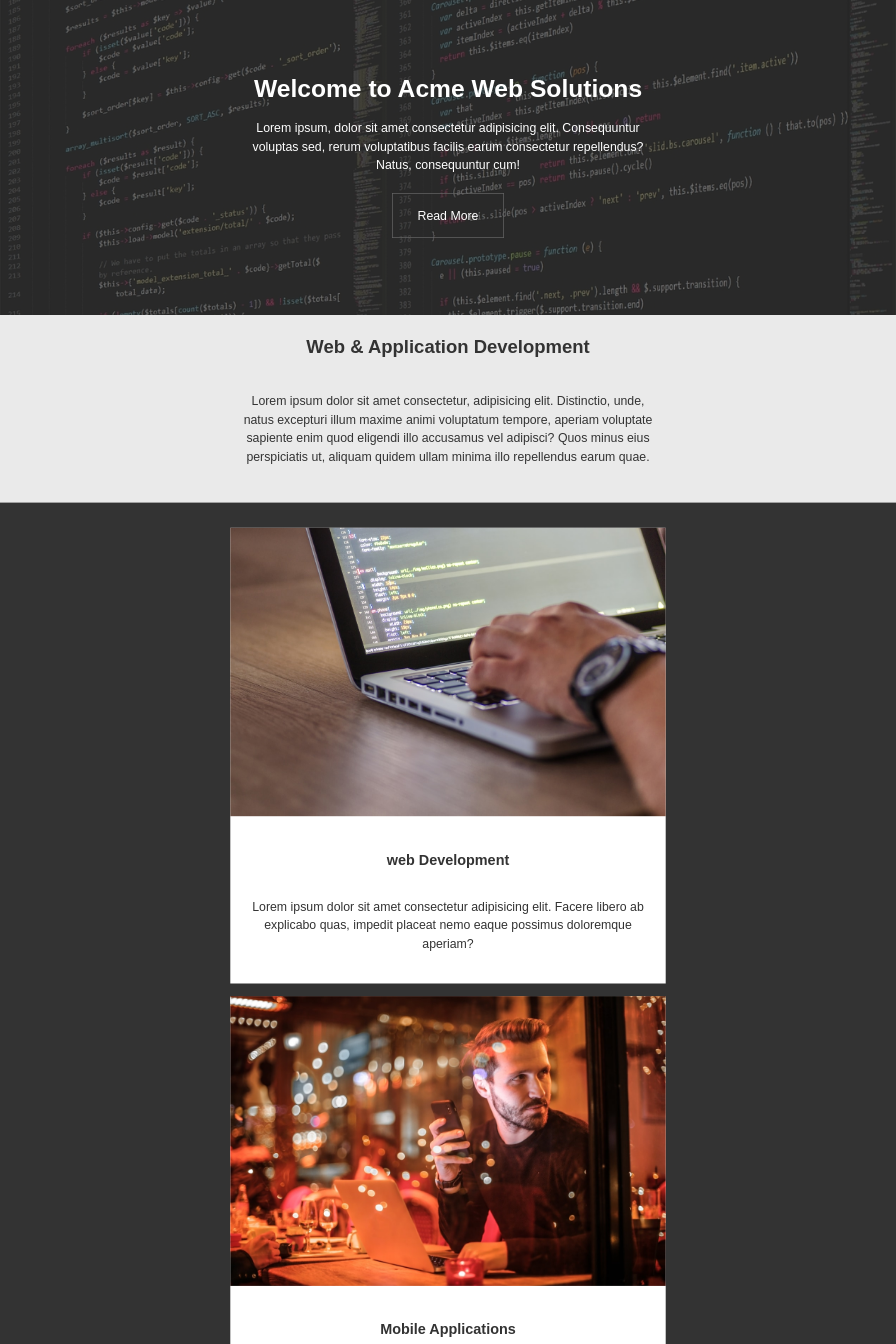
Repository: ErikBaer/MobileFirst
Page: index.html
The author's editor kept a copy of each file at every save. The page is drawn from the files as they stood at one save, then again after the next save.
The browser window is 1280 px wide. The pictures show the part of the page from y = 0 to 1920 px (the page is 3641 px tall before and 4776 px after), at 70% of full size.

Above is the page before, as saved 2020-02-15 03:32:11.

### index.html
<!DOCTYPE html>
<html lang="en">
<head>
    <meta charset="UTF-8">
    <meta name="viewport" content="width=device-width, initial-scale=1.0">
    <link rel="stylesheet" type="text/css" href="style.css">
    <title>Acme Web Solutions</title>
</head>
<body>

<!--Header Showcase -->

   <header id="showcase" class="grid">
    <div class="bg-image"></div>
    <div class="content-wrap">
    <h1>Welcome to Acme Web Solutions</h1>
    <p>Lorem ipsum, dolor sit amet consectetur adipisicing elit.
         Consequuntur voluptas sed, rerum voluptatibus facilis
         earum consectetur repellendus? Natus, consequuntur cum!
        </p>
    <a href="#section-b" class="btn">Read More</a>
    </div>
</header>

<!-- Main Area -->

<main id="main">

    <!-- Section A -->

    <section id="section-a" class="grid">
        <div class="content-wrap">
            <h2 class="content-title">Web & Application Development</h2>
            <p>Lorem ipsum dolor sit amet consectetur, adipisicing elit.
                Distinctio, unde, natus excepturi illum maxime animi
                voluptatum tempore, aperiam voluptate sapiente enim quod
                 eligendi illo accusamus vel adipisci? Quos minus eius
                 perspiciatis ut, aliquam quidem ullam minima illo
                 repellendus earum quae.</p>
        </div>
    </section>

    <!-- Section B -->

    <section id="section-b" class="grid">
        <ul>
            <li>
                <div class="card">
                    <img src="./Assets/Coding-Person.jpg" alt="">
                    <div class="card-content">
                        <h3 class="card-title">web Development</h3>
                        <p>Lorem ipsum dolor sit amet consectetur
                            adipisicing elit. Facere libero ab explicabo
                            quas, impedit placeat nemo eaque possimus
                            doloremque aperiam?</p>
                    </div>
                </div>
            </li>
            <li>
                <div class="card">
                    <img src="./Assets/mobile-man.jpg" alt="">
                    <div class="card-content">
                        <h3 class="card-title">Mobile Applications</h3>
                        <p>Lorem ipsum dolor sit amet consectetur
                            adipisicing elit. Facere libero ab explicabo
                            quas, impedit placeat nemo eaque possimus
                            doloremque aperiam?</p>
                    </div>
                </div>
            </li>
            <li>
                <div class="card">
                    <img src="./Assets/charts.jpg" alt="">
                    <div class="card-content">
                        <h3 class="card-title">Tech Marketing</h3>
                        <p>Lorem ipsum dolor sit amet consectetur
                            adipisicing elit. Facere libero ab explicabo
                            quas, impedit placeat nemo eaque possimus
                            doloremque aperiam?</p>
                    </div>
                </div>
            </li>
        </ul>
    </section>

    <!-- Section C -->
    <section id="section-c" class="grid">
        <div class="content-wrap">
            <h2 class="content-title"> We handle all of your digital needs</h2>
            <p>Lorem, ipsum dolor sit amet consectetur adipisicing elit.
                Neque asperiores pariatur dolorem ipsum dicta recusandae
                 optio vel doloremque deserunt maiores?</p>
        </div>
    </section>

    <!-- Section D -->

    <section id="section-d" class="grid">
        <div class="box">
            <h2 class="content-title">Contact Us</h2>
            <p>Lorem ipsum dolor sit, amet consectetur adipisicing elit.
                 Alias, totam quas ipsam doloremque dignissimos doloribus
                 laudantium aut provident dolore. Maxime!</p>
            <p>contact@acmewebsolutions.test</p>
        </div>
        <div class="box">
            <h2 class="content-title">About Our Company</h2>
            <p>Lorem ipsum dolor, sit amet consectetur adipisicing elit.
                Delectus ut placeat, nulla inventore laboriosam quisquam!
                Porro, asperiores libero molestiae a facilis et, ex magni
                 nostrum rem delectus quia ut? Vitae.</p>
        </div>
    </section>
</main>

<!-- Footer -->

<footer id="main-footer" class="grid">
    <div>Acme Web Solutions</div>
    <div>Project by <a href="www.baerdata.de" target="blank">Erik Baer</a></div>
</footer>

</body>
</html>

### style.css
body {
    margin: 0;
    font-family: Arial, Helvetica, sans-serif;
    background-color: #333;
    color: white;
    font-size:1.1em;
    line-height: 1.5;
    text-align: center;
}

img {
    display:block;
    width:100%;
    height: auto;
}

h1, h2, h3 {
    margin:0;
    padding: 1em 0;
}

p {
    margin: 0;
    padding: 1em 0;
}

.btn {
    display: inline-block;
    background: 333;
    color: white;
    text-decoration: none;
    padding: 1em 2em;
    border: 1px solid #666;
    margin: .5em 0
}

.btn:hover {
  background: #eaeaea;
  color: #333;
}

/* Header Showcase */

#showcase {
    min-height: 450px;
    color: #fff;
    text-align: center;
}

#showcase .bg-image {
    position: absolute;
    background: #333 url(/Assets/code.jpg);
    background-position: center;
    background-repeat: no-repeat;
    background-size: cover;
    width: 100%;
    height: 450px;
    z-index: -1;
    opacity: 0.4;
}

#showcase h1 {
    padding-top: 100px;
    padding-bottom: 0;
}

#showcase .content-wrap,
#section-a .content-wrap {
    padding: 0 1.5em;
}


/* Section A */

#section-a {
    background: #eaeaea;
    color: #333;
    padding-bottom: 2em;
}


/* Section B */

#section-b {
    padding: 2em 1em 1em;
}

#section-b ul {
    list-style:none;
    margin:0;
    padding:0;
}

#section-b li {
    margin-bottom: 1em;
    background: #fff;
    color: #333;

}

.card-content {
    padding: 1.5em;
}

/* Section c */

#section-c {
    background: #fff;
    color: #333;
    padding: 2em;
}

/* Section D / Boxes */

#section-d .box {
    padding: 2em;
    color: #fff;
}

#section-d .box:first-child {
    background: #2690d4;
}

/* Footer */

#main-footer {
    padding: 3em;
    background: #000;
    color: white;
    text-align: center;
}

#main-footer a {
    color: #2690d4;
    text-decoration: none;
}

/* Media Queries */

@media(min-width: 700px) {
    .grid {
        display: grid;
        grid-template-columns: 1fr 1fr 1fr 1fr;
    }

    .content-wrap,
     #section-b ul {
         grid-column: 2/4;
     }
}

After the next save:
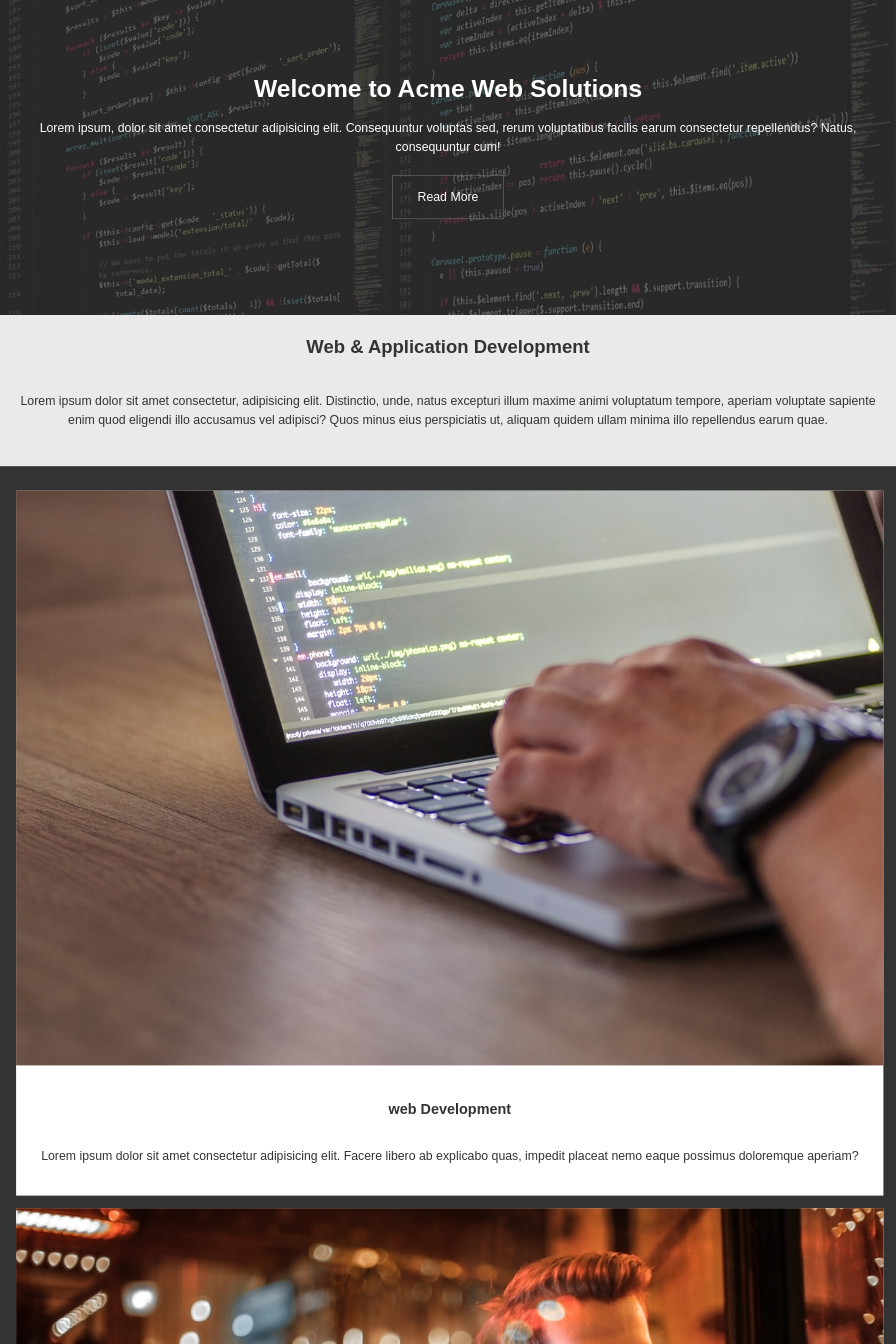
Saved 2 min 58 s later.
--- a/style.css
+++ b/style.css
@@ -140,7 +140,7 @@ p {
 @media(min-width: 700px) {
     .grid {
         display: grid;
-        grid-template-columns: 1fr 1fr 1fr 1fr;
+        grid-template-columns: 1fr repeat 1ff;
     }
 
     .content-wrap,
